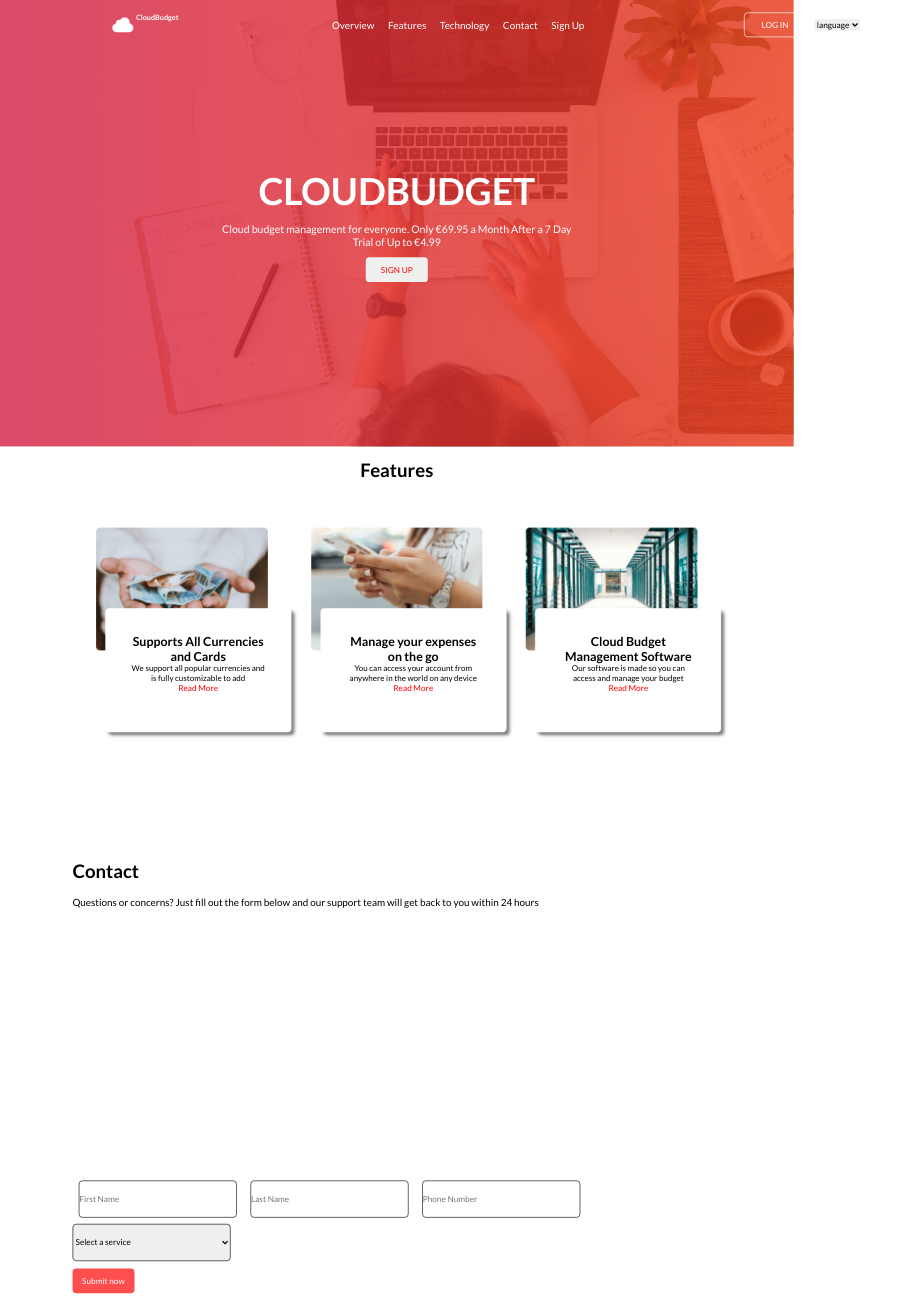
Repository: havvanurrana/website3
Page: index.html
These files come from the project's save history. The page is drawn as it stood at one moment and after the next save; the edit follows.
The browser window is 1280 px wide. The page is 1490 px wide, so the pictures cover 1490 px, including what lies to the right of the window. The pictures show the whole page, at 62% of full size.

Above is the page before, as saved 2024-08-02 15:32:59.

### index.html
<!DOCTYPE html>
<html lang="tr">
  <head>
    <meta charset="UTF-8" />
    <meta name="viewport" content="width=device-width, initial-scale=1.0" />
    <title>CloudBudget</title>
    <link rel="stylesheet" href="style.css" />
    <link
      rel="stylesheet"
      href="https://cdnjs.cloudflare.com/ajax/libs/font-awesome/6.5.2/css/all.min.css"
      integrity="sha512-SnH5WK+bZxgPHs44uWIX+LLJAJ9/2PkPKZ5QiAj6Ta86w+fsb2TkcmfRyVX3pBnMFcV7oQPJkl9QevSCWr3W6A=="
      crossorigin="anonymous"
      referrerpolicy="no-referrer"
    />
    <link
      href="https://fonts.googleapis.com/css2?family=Lato:wght@400;700&display=swap"
      rel="stylesheet"
    />
  </head>
  <body>
    <section class="overview-section">
        <div class="linear-gradient"></div>
        <div class="content">
            <h3>CLOUDBUDGET</h3>
            <p>
                Cloud budget management for everyone. Only €69.95 a Month After a 7
                Day Trial of Up to €4.99
            </p>
            <button>SIGN UP</button>
        </div>
    </section>
    <header class="header-menu">
        <div class="markaamblem">
            <img src="assets/cloud.png" />
            <h3>CloudBudget</h3>
        </div>
        <nav class="navbar">
            <a href="#" class="navbarsect">Overview</a>
            <a href="#" class="navbarsect">Features</a>
            <a href="#" class="navbarsect">Technology</a>
            <a href="#" class="navbarsect">Contact</a>
            <a href="#" class="navbarsect">Sign Up</a>
        </nav>
        <div class="buttons">
            <button>LOG IN</button>
            <button>
                <select id="language" name="language">
                    <option value="">language</option>
                    <option value="uk">UK</option>
                    <option value="turk">Turkish</option>
                    <option value="sp">Spanish</option>
                    <option value="fr">French</option>
                </select>
            </button>
                <div class="toggle-menu">
                    <button>
                        <i class="fas fa-bars"></i>
                    </button>
                </div>
        </div>
    </header>

    <!--features kısmı -->
    <div class="featureshead">
        <h1>Features</h1>
    </div>
    <div class="features">
        <div class="featuressection">
            <div class="img">
                <img src="../assets/money.png" />
            </div>
            <div class="featurescard">
                <div>
                    <h1>Supports All Currencies and Cards</h1>
                </div>
                <div>
                    <p>
                        We support all popular currencies and is fully customizable to add
                    </p>
                </div>
                <button>Read More</button>
            </div>
      </div>
      <div class="featuressection">
          <div>
                <div class="img">
                    <img src="../assets/hand.png" />
                </div>
                <div class="featurescard">
                    <h1>Manage your expenses on the go</h1>
                        <p>
                          You can access your account from anywhere in the world on any
                          device
                        </p>
                    <button>Read More</button>
                </div>
            </div>
      </div>
          <div class="featuressection">
              <div>
                    <div class="img">
                        <img src="../assets/building.png" />
                    </div>
                    <div class="featurescard">
                          <h1>Cloud Budget Management Software</h1>
                          <p>Our software is made so you can access and manage your budget</p>
                          <button>Read More</button>
                    </div>
              </div>
          </div>
    </div>
    <!--contact kısmı-->
    <section >
        <div class="contact">
        <div class="contact-text">
            <h1>Contact</h1>
            <br><br>
            <p>
              Questions or concerns? Just fill out the form below and our support
              team will get back to you within 24 hours
            </p>
        </div>
        <div class="input">
            <input
            type="text"
            id="username"
            name="username"
            placeholder="First Name"
            />
            <input
            type="text"
            id="username"
            name="username"
            placeholder="Last Name"
            />
            <input
            type="text"
            id="username"
            name="username"
            placeholder="Phone Number"
            />

            <select id="service" name="service">
            <option value="">Select a service</option>
            <option value="service1">Service 1</option>
            <option value="service2">Service 2</option>
            <option value="service3">Service 3</option>
            <option value="service4">Service 4</option>
            </select>
            <br><br>
            <button>Submit now</button>
        </div>
    </div>
    </section>
    <script>
    </script>
  </body>
</html>

### style.css
/* genel*/
*{
   margin:0;
   padding: 0;
   box-sizing: border-box;
   outline: none;
   border: none;
   text-decoration: none;
   font-family: Lato;
}

html {
    font-size: 62.5%;
    overflow-x: hidden;
    scroll-behavior: smooth;
    scroll-padding-top: 9rem ;
 }
h1{
   font-size: 30px;
}
 /* header menu ve  amblem ve ilk ekran cssleri*/

.markaamblem{
   display: flex;
   justify-content: flex-start;
   color: white;
}

.header-menu{
   width: 1400px;
   display: flex;
   justify-content: space-between;
   align-items: center ;
   padding: 0 7%;
   margin: 2rem 7%;
   z-index: 3;
   top: 0;
   position:absolute;
}
.header-menu .markaamblem img{
   height: 4rem;
}
.header-menu .navbar a{
   margin: 0 1rem;
   font-size: 1.6rem;
   color: white;
   z-index: 2;
}
  .header-menu button{
   border: 1px , solid, rgb(255, 255, 255);
   border-radius: 6px;
   color:rgb(255, 255, 255);
   width: 100px;
   height: 40px;
   gap: 0px;
   background-color: transparent;
}
 .header-menu .buttons{
   padding-left: 10px;
  /* left: 1000px;*/
   display: flex;
   justify-content: flex-end;
 /* position: absolute;*/
}
.overview-section{
   min-height: 100vh;
   display: flex;
   text-align: center;
   align-items: center;
   justify-content: center;
   background:  url(../assets/image1.png)
   no-repeat;
   background-size: cover;
  /* margin-top: -9.5rem;*/
}

.overview-section .content {
   max-width: 60rem;
   margin: 0.5rem;
   z-index: 2;
}
.overview-section .content h3{
   font-size: 6rem;
   margin: 0.5rem;
   color: white;
}
.overview-section .content p{
   font-size: 1.7rem;
   margin: 1.5rem;
   color: white;
}
.overview-section .content button{
   border:1px;
   width: 100px;
   height: 40px;
   border-radius: 6px;
   color: red;

}

.linear-gradient{
   min-height: 100vh;
   width: 100%;
   display: flex;
   z-index: 1;
   background: linear-gradient(90deg, rgba(213, 32, 71, 0.8) 0%, rgba(238, 61, 27, 0.8) 100%);
   position: absolute;
}

/* features kısmı*/
/* başlık*/
.featureshead{
   text-align: center;
   justify-content: center;
   margin: 1rem;
   padding: 1rem;
}
/* Kartlar*/
.features{
   display: grid;
   grid-template-columns: repeat(auto-fit, minmax(30rem, 1fr));
   margin:3rem;
   padding: 0 7%;
}
.featurescard{
   border-radius:0.6rem;
   border: 1px, solid, rgb(255, 255, 255);
   width: 30rem;
   height: 20rem;
   text-align: center;
   justify-content: center;
   align-items: center;
   padding: 4rem;
   margin: 3rem;
   background-color: white;
   transform: translate(-5%,-50%);
   box-shadow: 5px 5px 5px rgba(0, 0, 0,0.5);
}
.featuressection{
   justify-content: center;
   align-items: center;
   margin: 1rem;
   padding: 2.5rem;
}
.features img{
   width: 100%;
   object-fit: cover;
}
.featurescard h1{
   font-size: 2rem;
}
.featurescard p{
   font-size: 1.3rem;
}
.featurescard button{
   border: none;
   background-color: transparent;
   color: red;
}

/*Contact kısmı */


.contact{
   display: flex;
   flex-direction: column;
  /* text-align: center;*/
   justify-content: space-between;
   margin: 2rem;
   min-height: 100vh;
}
.contact div{

   align-items: center;
   padding: 0 7%;
   margin: 1rem;
}
.contact h1{
   font-size: 30px;
}
.contact p{
   font-size: 16px;
}
/*.contact-text{
   width: 60%;
   height: 700px;
}*/
input{
   width: 255px;
   height: 60px;
   border: 1px, solid, black;
   border-color: rgb(0, 0, 0);
   border-radius: 6px;
   margin: 1rem;
}
.contact select{
   width: 255px;
   height: 60px;
   border: 1px, solid, black;
   border-color: rgb(0, 0, 0);
   border-radius: 6px;
}
.contact button{
   width: 100px;
   height: 40px;
   border-radius: 6px;
   color: white;
   background-color: rgb(254, 78, 78);
}


/* toggle menu ve responsive kısım*/

.toggle-menu {
   display: none;
}
 /*
@media (max-width: 1200px) {
   .navbar {
       display: none;
   }
   .toggle-menu {
       display: block;
       left: 90%;
       position: absolute;
   }
   .contact {
      flex-direction: column;
      align-items: center;
}

.contact-text, .contact div {
      width: 100%;
      padding: 0;
      margin: 1rem 0;
}

.toggle-menu.active + .navbar {
   display: flex;
   flex-direction: column;
   position: absolute;
   top: 100%;
   left: 0;
   right: 0;
   background-color: #333;
   z-index: 1;
}

.toggle-menu button {
   background: none;
   border: none;
   color: white;
   font-size: 2rem;
}

}*/

After the next save:
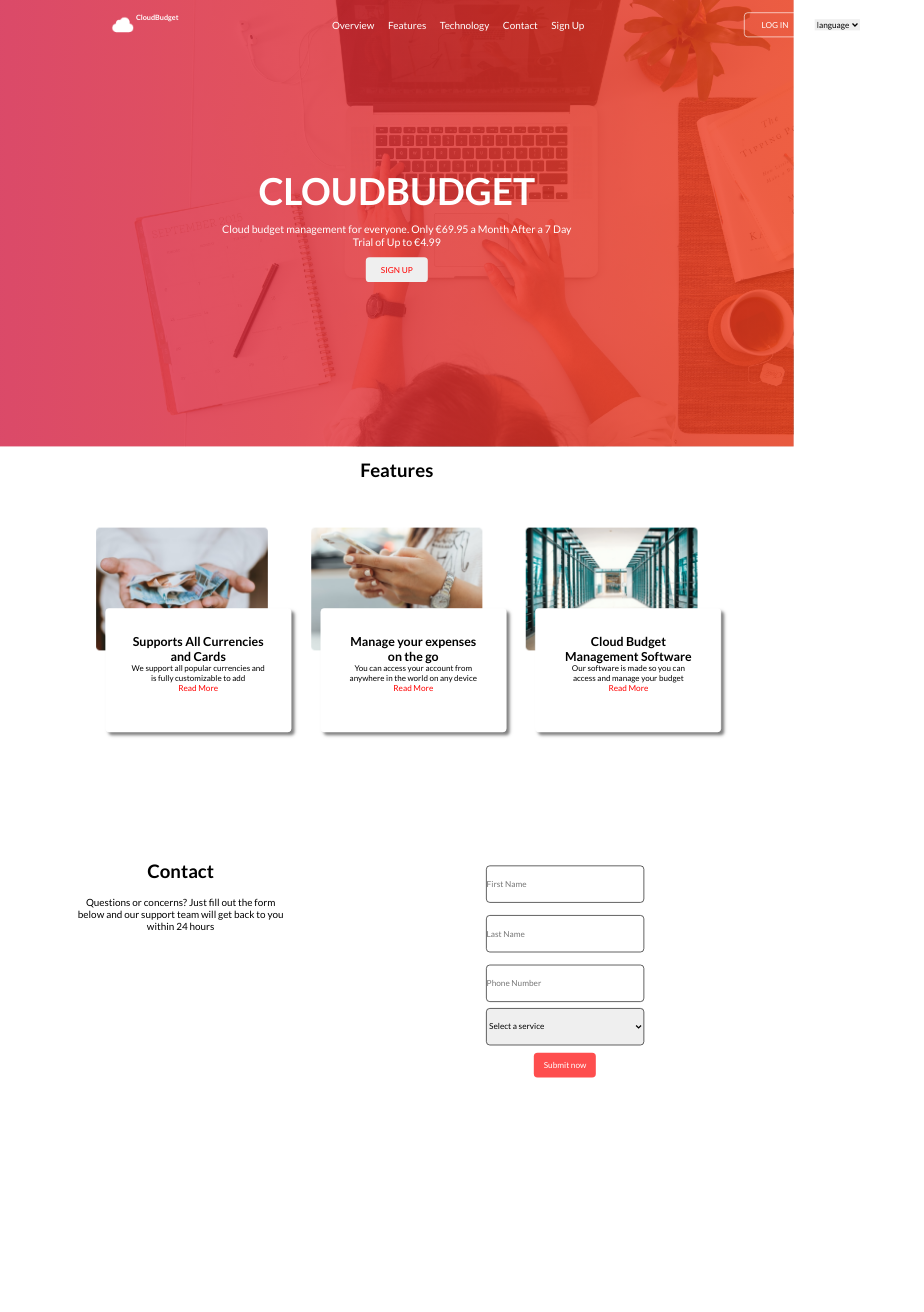
Saved 109 s later.
--- a/style.css
+++ b/style.css
@@ -181,10 +181,24 @@ h1{
 .contact p{
    font-size: 16px;
 }
-/*.contact-text{
-   width: 60%;
-   height: 700px;
-}*/
+.contact{
+   display: flex;
+   flex-direction: row;
+   margin: 2rem;
+}
+.contact div{
+   text-align: center;
+   justify-content: center;
+   align-items: center;
+   padding: 0 7%;
+   margin: 1rem;
+}
+.contact h1{
+   font-size: 30px;
+}
+.contact p{
+   font-size: 16px;
+}
 input{
    width: 255px;
    height: 60px;
@@ -209,6 +223,41 @@ input{
 }
 
 
+/* toggle menu*/
+
+.toggle-menu {
+   display: none;
+}
+
+/*.contact-text{
+   width: 60%;
+   height: 700px;
+}*/
+/*
+input{
+   width: 255px;
+   height: 60px;
+   border: 1px, solid, black;
+   border-color: rgb(0, 0, 0);
+   border-radius: 6px;
+   margin: 1rem;
+}
+.contact select{
+   width: 255px;
+   height: 60px;
+   border: 1px, solid, black;
+   border-color: rgb(0, 0, 0);
+   border-radius: 6px;
+}
+.contact button{
+   width: 100px;
+   height: 40px;
+   border-radius: 6px;
+   color: white;
+   background-color: rgb(254, 78, 78);
+}
+
+*/
 /* toggle menu ve responsive kısım*/
 
 .toggle-menu {
